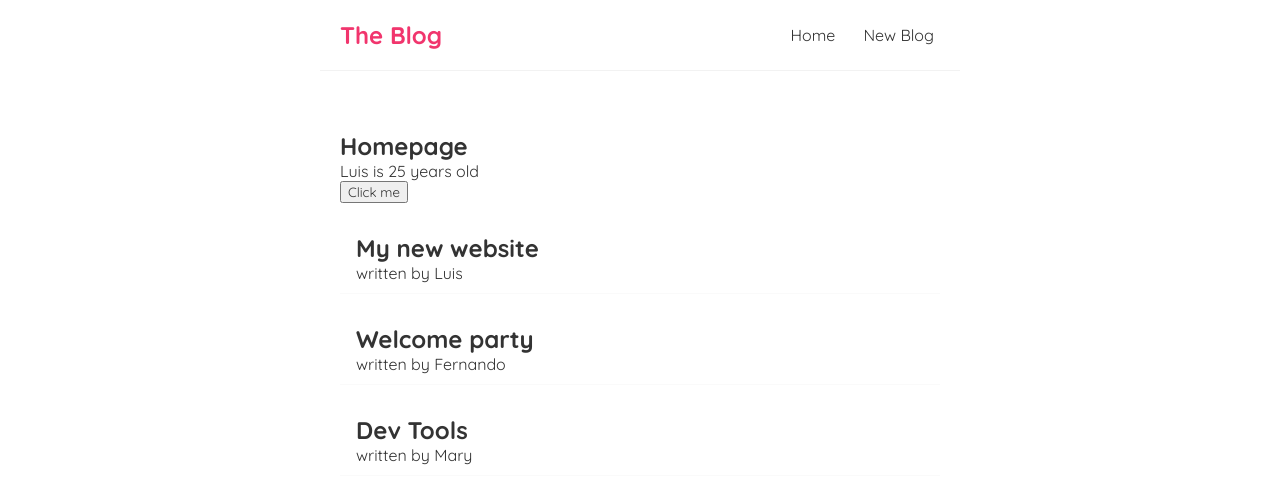
Repository: castilla-aurela/react-blog
Page: /
An editor plug-in stored every save of this project. The page is shown before and after a run of saves, followed by the edit.
The browser window is 1280 px wide. The pictures show the whole page.
The project was rebuilt for these pictures with package versions that can differ from the ones it lists, and the page was loaded fresh each time.

Above is the page before, as saved 2022-02-17 16:59:36.

After the next 4 saves:
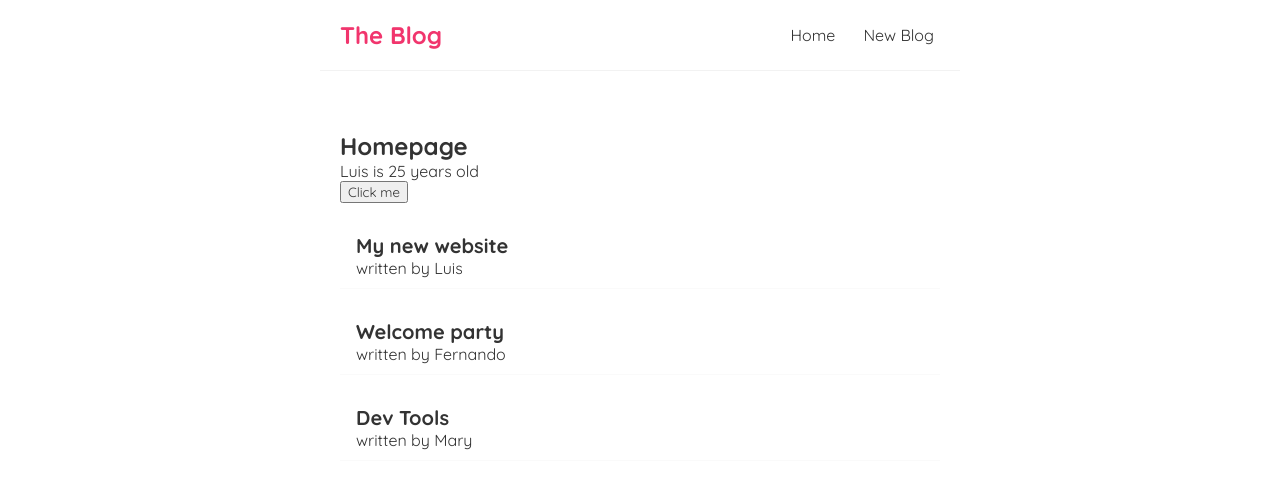
The 4 saves are shown as one change because they came seconds apart.
The last was saved 11 s later.
--- a/src/index.css
+++ b/src/index.css
@@ -47,5 +47,6 @@
   box-shadow: 1px 3px 5px rgba(0,0,0,0.1);
 }
 .blog-preview h2 {
-  font-size: 20x;
+  font-size: 20px;
+  color: ;
 }
